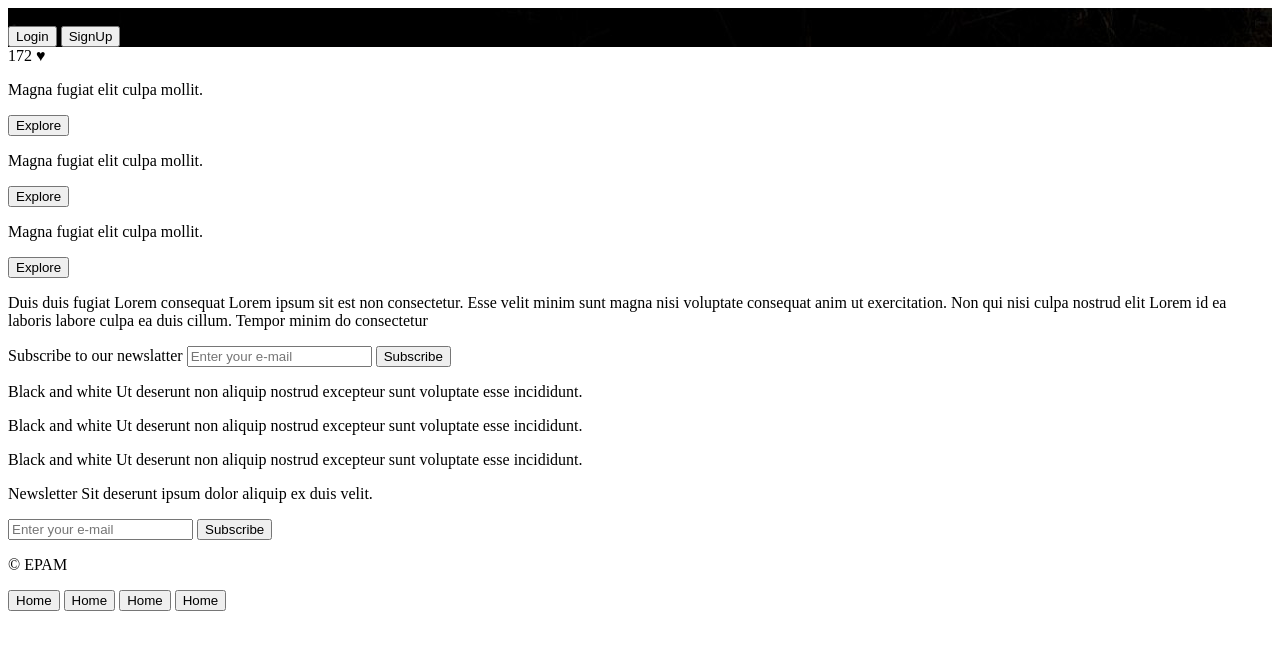
Repository: M1shkaBear/FLX
Page: FLX_homework_4/homework/index.html
An editor plug-in stored every save of this project. The page is shown before and after the next save, followed by the edit.
The browser window is 1280 px wide. The pictures show the whole page.

Above is the page before, as saved 2019-01-29 04:08:18.

After the next save:
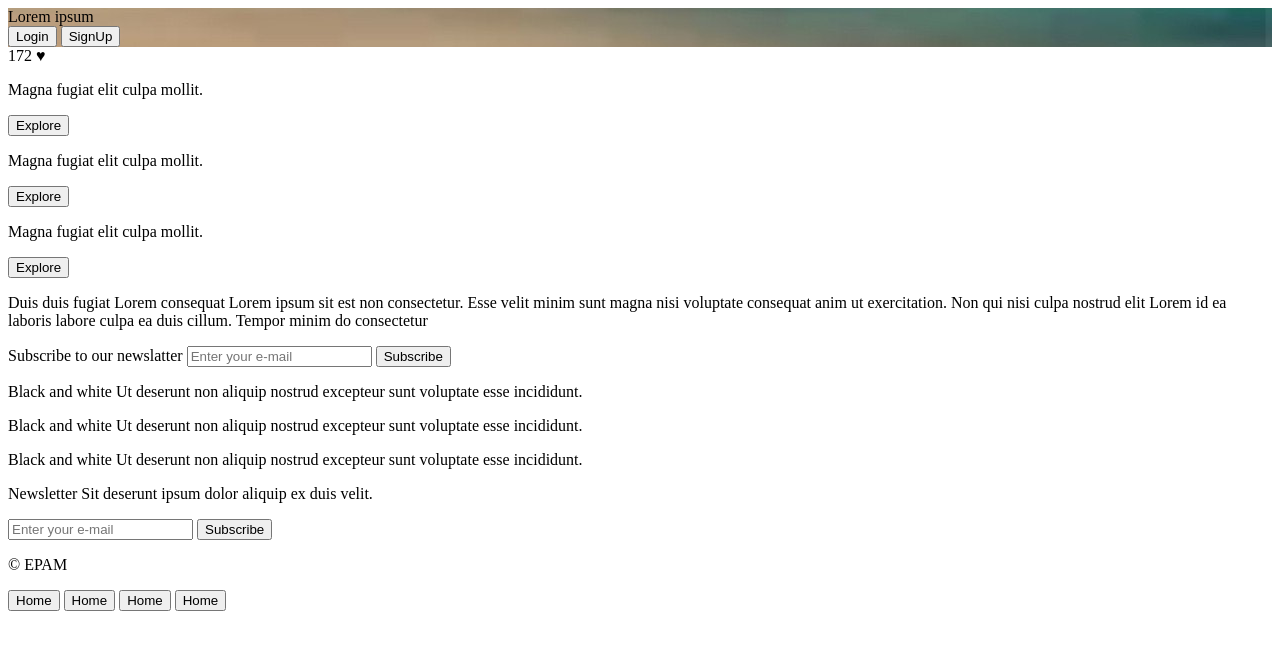
Saved 18 s later.
--- a/FLX_homework_4/homework/css/style.css
+++ b/FLX_homework_4/homework/css/style.css
@@ -1,3 +1,3 @@
 .header {
-  background: url("../img/sample2.jpg") 100% 100% no-repeat;
+  background: url("../img/sample2.jpg") 100%no-repeat;
 }
